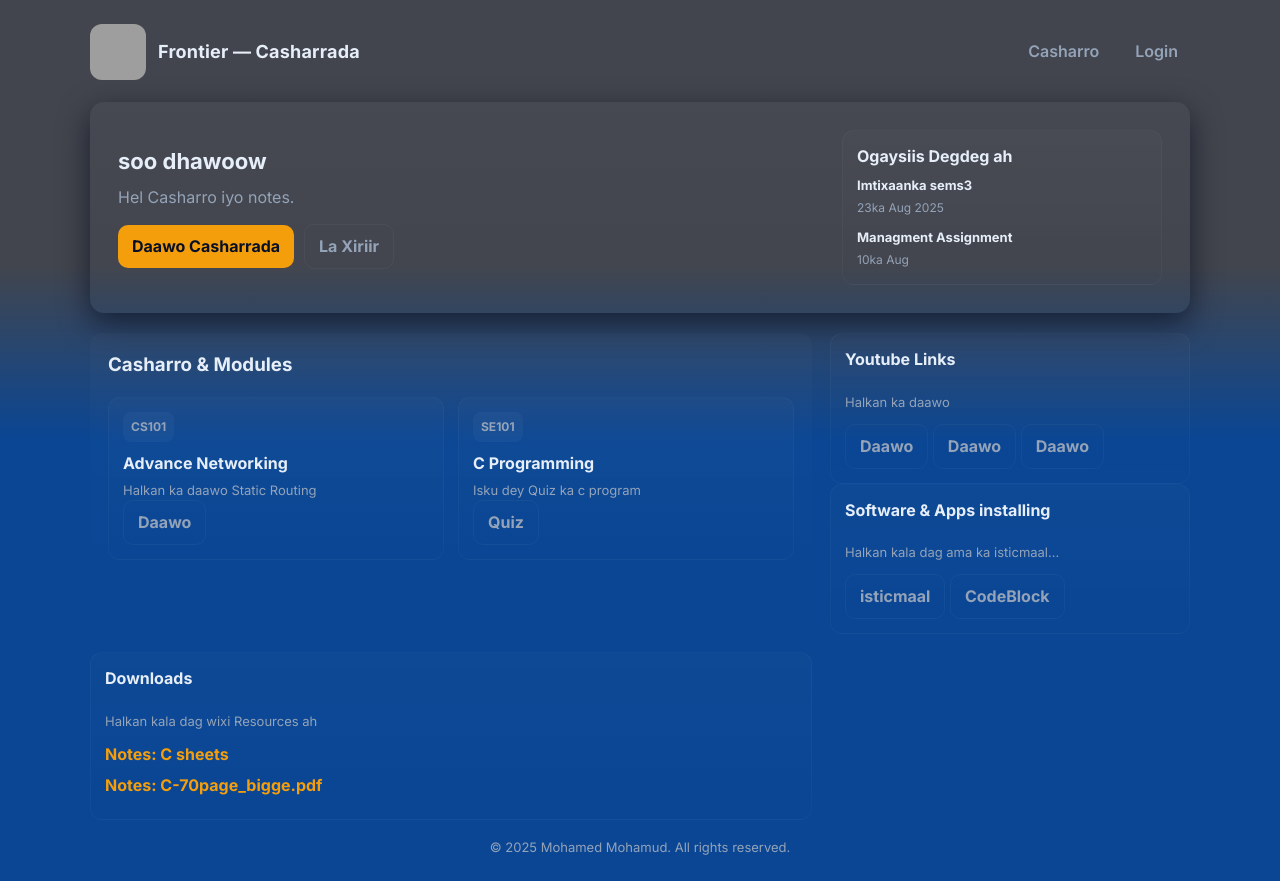
Repository: mrfiiqane/Al-Tacaawun.com
Page: index.html
The author's editor kept a copy of each file at every save. The page is drawn from the files as they stood at one save, then again after the next save.
The browser window is 1280 px wide. The pictures show the whole page.
Pictures or frames that could not be fetched are drawn as grey boxes.

Above is the page before, as saved 2025-08-12 08:51:05.

### index.html
<!doctype html>
<html lang="en">
<head>
  <meta charset="utf-8" />
  <meta name="viewport" content="width=device-width,initial-scale=1" />
  <title>Jaamacadda — Casharrada</title>
  <link rel="stylesheet" href="./style.css">

  <!-- Google Font (optional) -->
  <link href="https://fonts.googleapis.com/css2?family=Inter:wght@300;400;600;700&display=swap" rel="stylesheet">

</head>
<body>
  <div class="wrap">

    <header>
      <div class="brand">
        <div class="logo"></div>
        <div>
          <h1 class="site-title">Frontier — Casharrada</h1>
        </div>
      </div>

      <nav aria-label="Primary">
        <a href="#courses">Casharro</a>
        <a href="./Singin.html">Login</a>
      </nav>
    </header>

    <section class="hero">
      <div class="hero-left">

        <h2>soo dhawoow</h2>
        <p>Hel Casharro iyo notes.</p>

        <div class="cta-row">
          <a class="btn" href="#courses">Daawo Casharrada</a>
          <a class="btn secondary" href="#contact">La Xiriir</a>
        </div>
      </div>

      <div class="hero-right card">
        <h4 style="margin:0 0 8px 0">Ogaysiis Degdeg ah</h4>
        <ul class="ann-list">
          <li class="ann"><div><b>Imtixaanka sems3</b><small> 23ka Aug 2025</small></div></li>
          <li class="ann"><div><b>Managment Assignment</b><small> 10ka Aug</small></div></li>
        </ul>
      </div>
    </section>

    <div class="grid">
      <main>
        <!-- Courses -->
        <div id="courses" class="section">
          <h3 style="margin-top:0">Casharro & Modules</h3>
          <div class="courses">
            <article class="course">
              <span class="code">CS101</span>
              <h3>Advance Networking</h3>
              <p>Halkan ka daawo Static Routing</p>
              <a class="btn secondary" href="https://youtu.be/i_kWL7zncr0?si=UCBDJ3CswC6rXT9E" >Daawo</a>
            </article>
            <article class="course">
              <span class="code">SE101</span>
              <h3>C Programming</h3>
              <p>Isku dey Quiz ka c program</p>
              <a class="btn secondary" href="https://quiz-with-c.vercel.app/" >Quiz</a>
            </article>



          </div>
        </div>



      </main>

      <!-- Sidebar -->
      <aside>
        <div class="card">
          <h4 style="margin-top:0">Youtube Links</h4>
          <p class="site-sub">Halkan ka daawo</p>
          <ul style="margin:12px 0 0 0; padding:0; list-style:none;">
            <a class="btn secondary" href="https://youtu.be/eYBJgoVVvV4" >Daawo</a>
            <a class="btn secondary" href="https://youtu.be/OuTGAZUUJFI" >Daawo</a>
            <a class="btn secondary" href="https://youtu.be/sqkx3KoNXKo" >Daawo</a>
          </ul>
        </div>
        <div class="card">
          <h4 style="margin-top:0">Software & Apps installing</h4>
          <p class="site-sub">Halkan kala dag ama ka isticmaal...</p>
          <ul style="margin:12px 0 0 0; padding:0; list-style:none;">
            <a class="btn secondary" href="https://www.programiz.com/c-programming/online-compiler/" >isticmaal</a>
            <a class="btn secondary" href="https://sourceforge.net/projects/codeblocks/files/Binaries/25.03/Windows/codeblocks-25.03mingw-setup.exe/download" >CodeBlock</a>

          </ul>
        </div>

      </aside>
      <aside>
        <div class="card">
          <h4 style="margin-top:0">Downloads</h4>
          <p class="site-sub">Halkan kala dag wixi Resources ah</p>
          <ul style="margin:12px 0 0 0; padding:0; list-style:none;">
            <li style="margin-bottom:8px"><a href="./images/cheat_sheet_c.pdf" download="" style="color:var(--accent); text-decoration:none; font-weight:700">Notes: C sheets</a></li>
            <li style="margin-bottom:8px"><a href="./images/C-70page-begginers.pdf" download="" style="color:var(--accent); text-decoration:none; font-weight:700">Notes: C-70page_bigge.pdf</a></li>
          </ul>
        </div>

      </aside>
    </div>

    <footer>
      © <span id="year"></span> 2025 Mohamed Mohamud. All rights reserved.
    </footer>

  </div>

</body>
</html>

### style.css
:root{
      --bg:#0f1724;
      --card:#0b1220;
      --accent:#F59E0B;
      --muted:#94a3b8;
      --glass: rgba(255,255,255,0.04);
      --radius:14px;
      --maxw:1100px;
      font-family: "Inter", system-ui, -apple-system, "Segoe UI", Roboto, "Helvetica Neue", Arial;
    }
    *{box-sizing:border-box}
    html,body{
      height:80%
      width:80%
    }
    body{
      margin:0;
      background: linear-gradient(180deg,#42454d 30%, #0a4694 50%);
      color:#e6eef8;
      -webkit-font-smoothing:antialiased;
      -moz-osx-font-smoothing:grayscale;
      line-height:1.45;
      padding:24px;
      display:flex;
      justify-content:center;
    }
    .wrap{
      width:100%;
      max-width:var(--maxw);
    }

    /* Header */
    header{
      display:flex;
      align-items:center;
      justify-content:space-between;
      gap:16px;
      margin-bottom:22px;
    }
    .brand{
      display:flex;
      align-items:center;
      gap:12px;
    }
    .logo{
      background-image: url('https://encrypted-tbn0.gstatic.com/images?q=tbn:ANd9GcTuMOF6fEdt8Zlo2HOTVPE4MufJVdZzyfTKlA&s');
      background-size:cover;
      background-position:center;
      background-repeat:no-repeat;
      width:56px;
      height:56px;
      border-radius:12px;
      display:flex;
      align-items:center;
      justify-content:center;
      font-weight:700;
      font-size:20px;
    }
    h1.site-title{
      margin:0;
      font-size:18px;
      letter-spacing:0.2px;
    }
    p.site-sub{ margin:0; color:var(--muted); font-size:13px }

    nav{
      display:flex;
      gap:12px;
      align-items:center;
    }
    nav a{
      color:var(--muted);
      text-decoration:none;
      font-weight:600;
      padding:8px 12px;
      border-radius:10px;
    }
    nav a:hover{ color:#fff; background:var(--glass) }

    /* Hero */
    .hero{
      background: linear-gradient(180deg, rgba(255,255,255,0.02), transparent);
      border-radius: var(--radius);
      padding:28px;
      display:flex;
      gap:24px;
      align-items:center;
      margin-bottom:20px;
      box-shadow: 0 10px 30px rgba(2,6,23,0.6);
    }
    .hero-left{flex:1}
    .hero-right{ width:320px; min-width:220px }
    .hero h2{ margin:0 0 8px 0; font-size:22px }
    .hero p{ margin:0 0 14px 0; color:var(--muted) }

    .cta-row{ display:flex; gap:10px; align-items:center }
    .btn{
      background:var(--accent);
      color:#081028;
      padding:10px 14px;
      border-radius:10px;
      font-weight:700;
      border:none;
      cursor:pointer;
      text-decoration:none;
      display:inline-block;
    }
    .btn.secondary{
      background:transparent;
      color:var(--muted);
      border:1px solid rgba(255,255,255,0.04);
    }

    /* Grid */
    .grid{
      display:grid;
      gap:18px;
      grid-template-columns: 1fr 360px;
    }

    /* Main content */
    main{ background:transparent }
    .section{
      background: linear-gradient(180deg, rgba(255,255,255,0.02), transparent);
      padding:18px;
      border-radius:12px;
      margin-bottom:16px;
    }

    /* Courses */
    .courses{
      display:grid;
      grid-template-columns: repeat(auto-fit,minmax(230px,1fr));
      gap:14px;
    }
    .course{
      background:linear-gradient(180deg, rgba(255,255,255,0.02), transparent);
      padding:14px;
      border-radius:12px;
      border:1px solid rgba(255,255,255,0.03);
      transition:transform .18s ease, box-shadow .18s ease;
    }
    .course:hover{ transform:translateY(-6px); box-shadow:0 12px 30px rgba(2,6,23,0.6) }
    .code{
      display:inline-block;
      background:rgba(255,255,255,0.03);
      padding:6px 8px;
      border-radius:8px;
      color:var(--muted);
      font-weight:700;
      font-size:12px;
    }
    .course h3{ margin:10px 0 6px 0; font-size:16px }
    .course p{ margin:0; color:var(--muted); font-size:13px }

    /* Sidebar cards */
    .card{
      background: linear-gradient(180deg, rgba(255,255,255,0.02), transparent);
      padding:14px;
      border-radius:12px;
      border:1px solid rgba(255,255,255,0.03);
    }
    .ann-list{ list-style:none; margin:0; padding:0; display:flex; flex-direction:column; gap:10px }
    .ann{
      display:flex; gap:10px; align-items:flex-start;
    }
    .ann b{ display:block; font-size:13px }
    .ann small{ color:var(--muted); font-size:12px }

    footer{
      margin-top:18px; text-align:center; color:var(--muted); font-size:13px;
    }

    /* Responsive */
    @media (max-width:768px){
    header{
      display:block;
      align-items:center;
      justify-content:space-around;
      gap:5px;
      margin-bottom:22px;
    }
    .hero, .grid{
      display: flex;
      flex-direction: column;
    }

    nav{
      gap:5px;
      justify-content: end;
    }
    .btn{
      padding:10px;
    }

    }

After the next save:
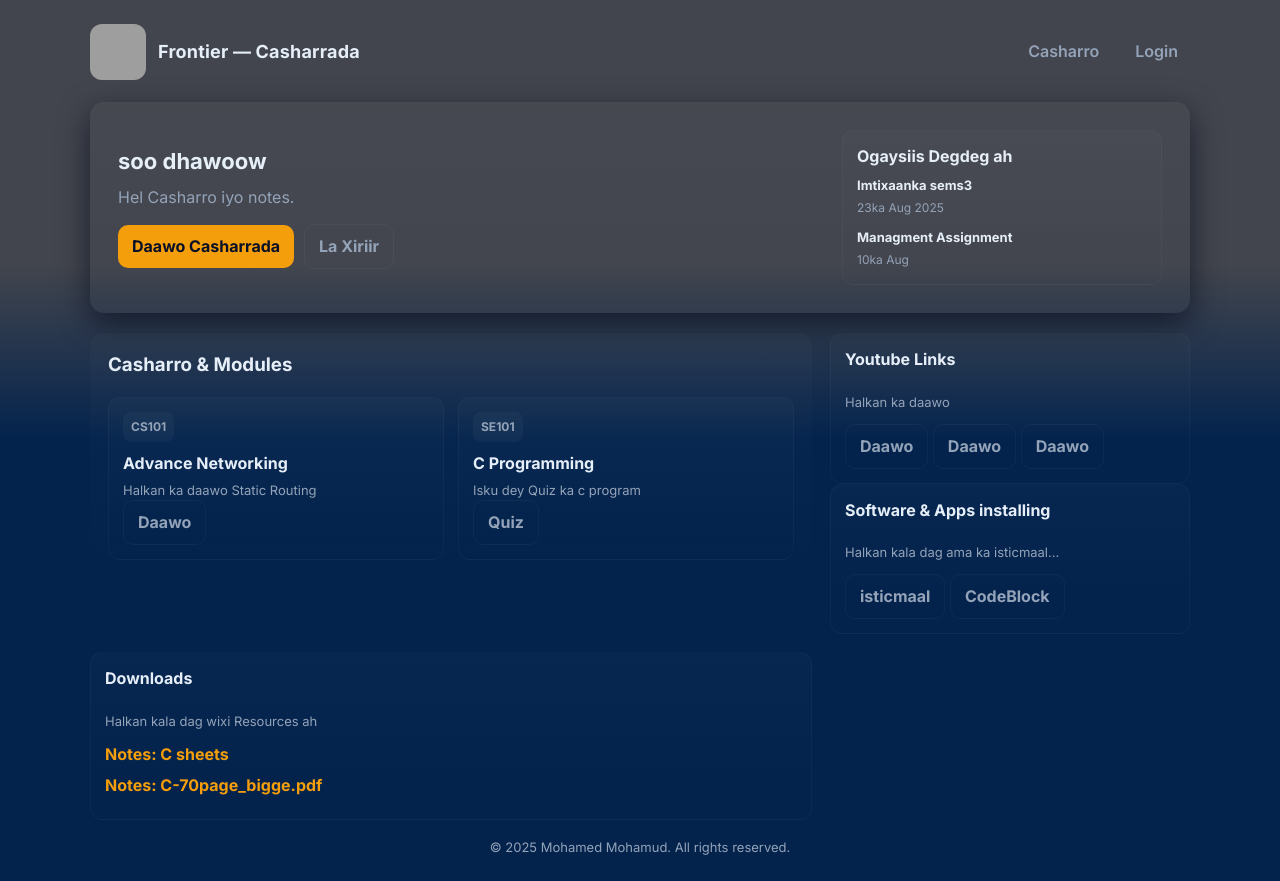
Saved 15 s later.
--- a/style.css
+++ b/style.css
@@ -15,7 +15,7 @@
     }
     body{
       margin:0;
-      background: linear-gradient(180deg,#42454d 30%, #0a4694 50%);
+      background: linear-gradient(180deg,#42454d 30%, #03234d 50%);
       color:#e6eef8;
       -webkit-font-smoothing:antialiased;
       -moz-osx-font-smoothing:grayscale;
